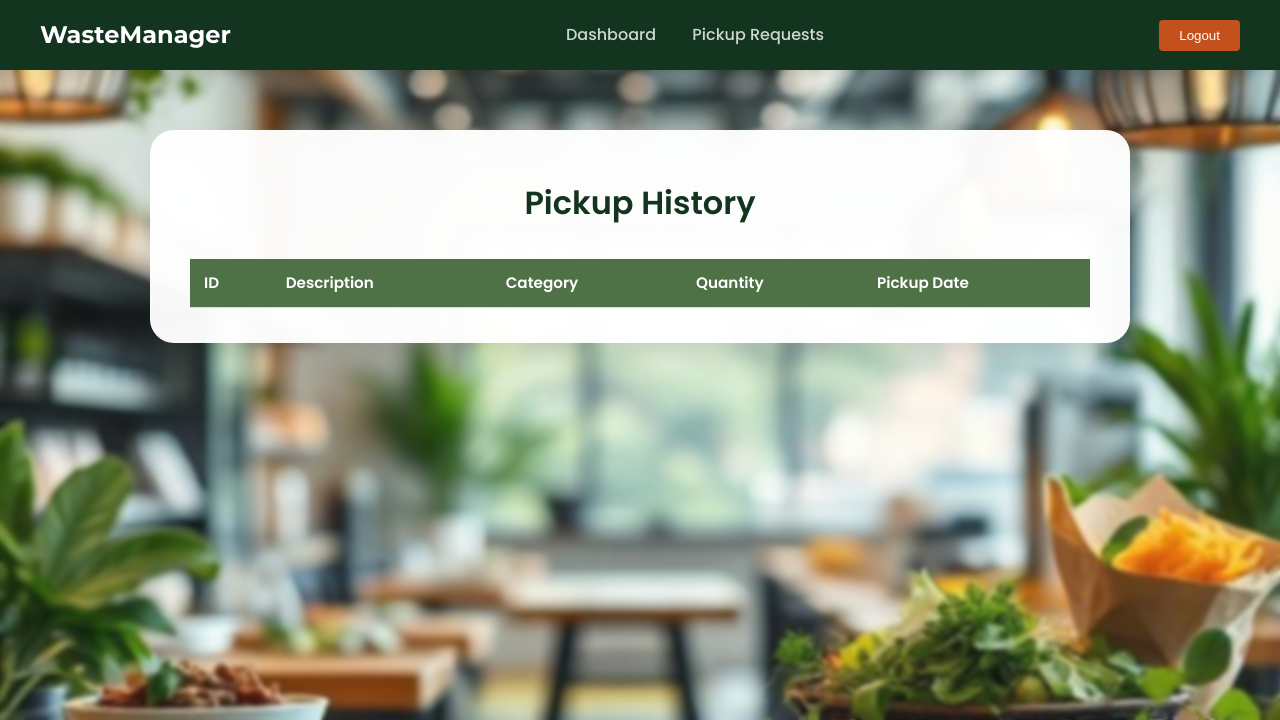
Repository: mahekagrawal25/restaurant-waste-management
Page: frontend/pickup-history.html
The author's editor kept a copy of each file at every save. The page is drawn from the files as they stood at one save, then again after a run of saves.
The browser window is 1280 px wide. The pictures show the whole page.
The page's requests for data from a server got no answer.

Above is the page before, as saved 2025-04-26 13:00:06.
Console error: TypeError: Cannot read properties of null (reading 'getElementsByTagName')

After the next 2 saves:
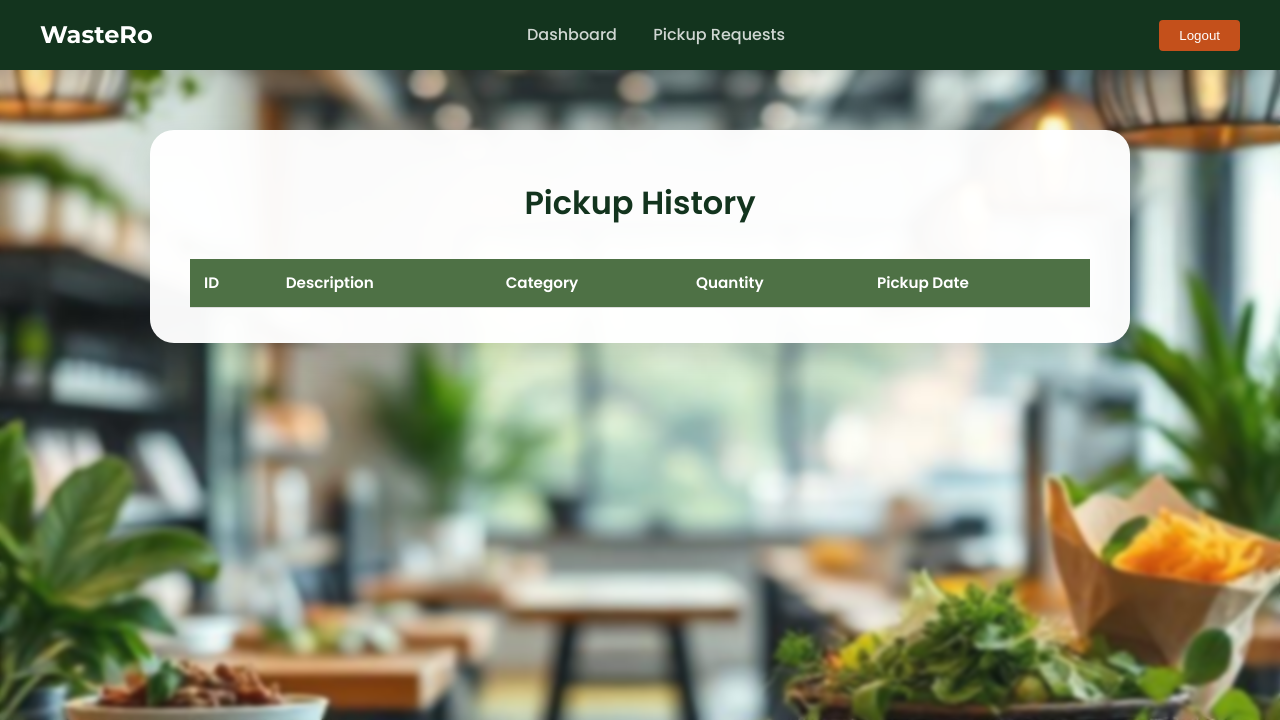
The 2 saves are shown as one change because they came seconds apart.
The last was saved 16 s later.
--- a/frontend/pickup-history.html
+++ b/frontend/pickup-history.html
@@ -3,7 +3,7 @@
 <head>
   <meta charset="UTF-8" />
   <meta name="viewport" content="width=device-width, initial-scale=1.0"/>
-  <title>Pickup Requests | WasteManager</title>
+  <title>Pickup Requests | WasteRo</title>
   <link rel="stylesheet" href="ngostyle.css"/>
   <link rel="stylesheet" href="https://cdnjs.cloudflare.com/ajax/libs/font-awesome/6.4.0/css/all.min.css"/>
   <link href="https://fonts.googleapis.com/css2?family=Poppins:wght@400;500;600&family=Montserrat:wght@700&display=swap" rel="stylesheet"/>
@@ -105,7 +105,7 @@
 <body>
   <header class="navbar">
     <div class="nav-container">
-      <div class="logo">WasteManager</div>
+      <div class="logo">WasteRo</div>
       <nav>
         <a href="collector_dashboard.html">Dashboard</a>
         <a href="pickup-requests.html" class="active">Pickup Requests</a>
@@ -136,7 +136,7 @@
   </div>
 
   <footer class="footer">
-    <p>&copy; 2025 WasteManager | All rights reserved</p>
+    <p>&copy; 2025 WasteRo | All rights reserved</p>
   </footer>
 
   <script src="script.js"></script>
